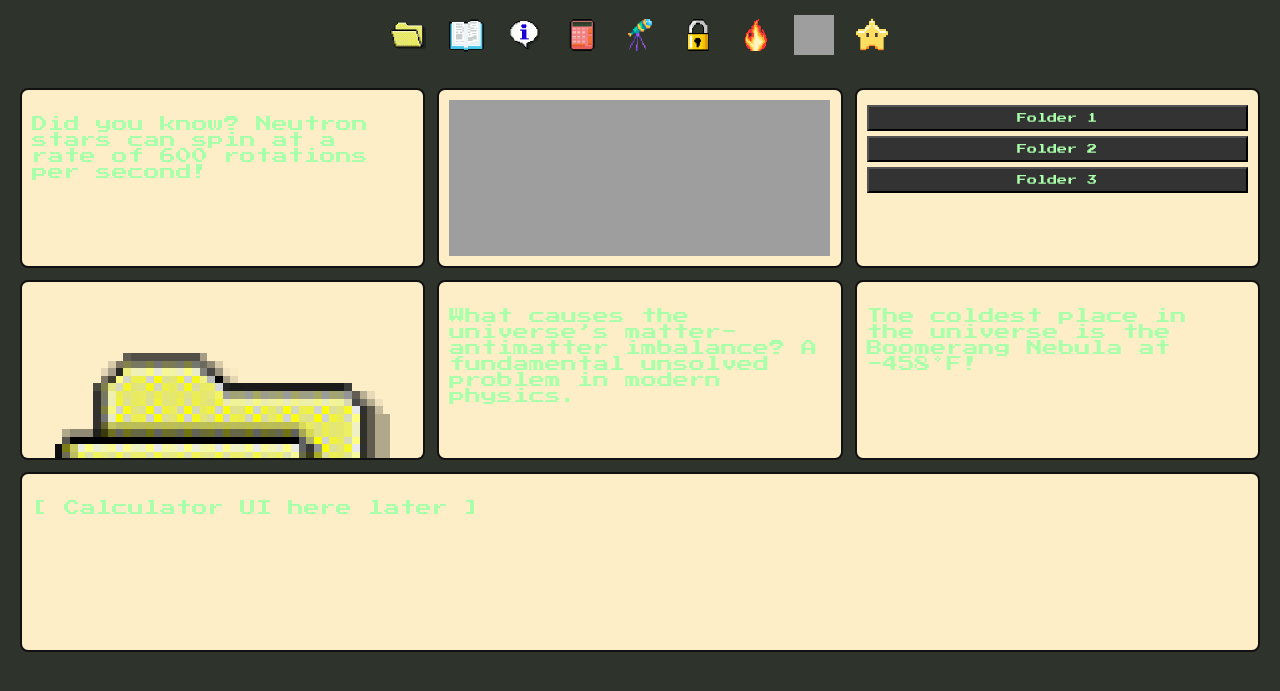
Repository: scarfer14/CCPHYS2L_Project
Page: /dashboard
An editor plug-in stored every save of this project. The page is shown before and after the next save, followed by the edit.
The browser window is 1280 px wide. The pictures show the whole page.
Pictures or frames that could not be fetched are drawn as grey boxes. The project was rebuilt for these pictures with package versions that can differ from the ones it lists, and the page was loaded fresh each time. Also part of the build but not shown: vite.config.js, src/astartsc/start.jsx.

Above is the page before, as saved 2025-05-28 21:09:12.

### index.html
<!doctype html>
<html lang="en">
  <head>
    <meta charset="UTF-8" />
    <link rel="icon" type="image/svg+xml" href="/gal.png" />
    <meta name="viewport" content="width=device-width, initial-scale=1.0" />
    <title>Physics Blast</title>
  </head>
  <body>
    <div id="root"></div>
    <script type="module" src="/src/main.jsx"></script>
  </body>
</html>

### src/index.css
:root {
  font-family: 'Press Start 2P', monospace;
  background-color: #2e342b;
  margin: 0;
  padding: 0;
  box-sizing: border-box;
}

body, html {
  margin: 0;
  padding: 0;
  width: 100%;
  height: 100%;
}

### src/App.jsx
import React from 'react';
import { BrowserRouter as Router, Routes, Route } from 'react-router-dom';

import Start from './astartsc/start';
import Dash from './bdashsc/dashnavbar';
import Dashbody from './bdashsc/dashbody';

function Unlock() {
  return (
    <div>
      <Start />
    </div>
  );
}

function Dashboard() {
  return (
    <div>
      <Dash />
      <Dashbody />
    </div>
  );
}

function App() {
  return (
    <Router>
      <Routes>
        <Route path="/" element={<Unlock />} />
        <Route path="/unlock" element={<Unlock />} />
        <Route path="/dashboard" element={<Dashboard />} />
      </Routes>
    </Router>
  );
}

export default App;

### src/bdashsc/dashnavbar.jsx
import React from 'react';
import { useNavigate } from 'react-router-dom';
import './dashnavbar.css';

const icons = [
  'folder', 'book', 'email', 'calc', 'cat',
  'lock', 'fire', 'info', 'star'
];

export default function DashNavbar() {
  return (
    <div className="dash-navbar">
      {icons.map((icon, index) => (
        <button key={index} className="icon-button" title={icon}>
          <img src={`/assets/icons/${icon}.png`} alt={icon} />
        </button>
      ))}
    </div>
  );
}

### src/bdashsc/dashbody.jsx
import React from 'react';
import './dashbody.css';

export default function DashBody() {
  return (
    <div className="dashboard-content">
      <div className="tab fun-fact">
        <p>Did you know? Neutron stars can spin at a rate of 600 rotations per second!</p>
      </div>

      <div className="tab multimedia">
        <iframe
          src="https://www.youtube.com/embed/z0gAo9wFErg"
          title="Physics Video"
          allowFullScreen
        ></iframe>
      </div>

      <div className="tab folders">
        <button>Folder 1</button>
        <button>Folder 2</button>
        <button>Folder 3</button>
      </div>

      <div className="tab image">
        <img src="/assets/icons/folder.png" alt="Sample" />
      </div>

      <div className="tab physics-problem">
        <p>
          What causes the universe’s matter-antimatter imbalance? A fundamental unsolved problem in modern physics.
        </p>
      </div>

      <div className="tab fun-fact-2">
        <p>The coldest place in the universe is the Boomerang Nebula at -458°F!</p>
      </div>

      <div className="tab calculator">
        <p>[ Calculator UI here later ]</p>
      </div>
    </div>
  );
}

### src/astartsc/start.css
/* Import pixel font */
@import url('https://fonts.googleapis.com/css2?family=Press+Start+2P&display=swap');

body {
  margin: 0;
  background: #2e342b;
  font-family: 'Press Start 2P', monospace;
}

/* Fullscreen CRT screen */
.screen {
  width: 100vw;
  height: 100vh;
  background-color: #2e342b;
  padding: 40px; /* simulates the border spacing */
  display: flex;
  flex-direction: column;
  align-items: center;
  justify-content: center;
  box-shadow:
    0 0 60px 20px rgba(0, 0, 0, 0.6),         /* outer soft black glow */
    inset 0 0 200px rgba(0, 0, 0, 0.9),       /* deep vignette */
    inset 0 0 80px rgba(0, 0, 0, 0.7);        /* soft black inner edge */
  position: relative;
  text-align: center;
  box-sizing: border-box;
  overflow: hidden;
  border-radius: 12px; /* Optional CRT curve */
}

/* Text styling */
.welcome {
  color: #99ff99;
  margin-bottom: 10px;
  font-size: 20px;
  margin-bottom: 25px;
}

.title {
  color: #99ff99;
  font-size: 80px;
  line-height: 1.2;
  margin-bottom: 20px;
}

/* Retro button */
.unlock-btn {
  font-size: 15px;
  background-color: transparent;
  color: #aaffaa;
  border: 1px solid #aaffaa;
  padding: 6px 12px;
  cursor: pointer;
  margin-top: 100px;
  animation: blink 1s infinite alternate;
  font-family: 'Press Start 2P', monospace;
}

.unlock-btn:hover {
  background-color: #333;
}

@keyframes blink {
  from { opacity: 5; }
  to { opacity: 0.4; }
}

### src/bdashsc/dashnavbar.css
.dash-navbar {
  background-color: #2e342b;
  padding: 6px 10px;
  display: flex;
  justify-content: center; /* Centers the icons horizontally */
  gap: 10px;
  align-items: center;
}

.icon-button {
  background: transparent;
  border: transparent;
  padding: 4px;
  cursor: pointer;
  transition: transform 0.1s ease-in-out;
}

.icon-button:hover {
  transform: scale(1.1);
  filter: brightness(1.3);
}

.icon-button img {
  margin-top: 5px;
  width: 40px;
  height: 40px;
  image-rendering: pixelated; /* keeps pixel art look */
}

### src/bdashsc/dashbody.css
.dashboard-content {
  display: flex;
  flex-wrap: wrap;
  justify-content: center;
  padding: 20px;
  gap: 12px;

}

.tab {
  background-color: #fdeec7;
  border: 2px solid #111;
  color: #aaffaa;
  font-family: 'Press Start 2P', monospace;
  padding: 10px;
  flex: 1 1 28%;
  min-width: 250px;
  height: 180px;
  overflow: auto;
  border-radius: 8px;
  box-sizing: border-box;
}

/* Tab-specific styles */
.multimedia iframe {
  width: 100%;
  height: 100%;
  border: none;
}

.folders button {
  display: block;
  margin: 5px 0;
  width: 100%;
  background: #333;
  border: 1px solid #a;
  color: #aaffaa;
  padding: 6px;
  font-size: 10px;
  cursor: pointer;
  font-family: 'Press Start 2P', monospace;
}

.image img {
  width: 100%;
  height: auto;
  image-rendering: pixelated;
}

Loaded but not shown: src/main.jsx (common file)

After the next save:
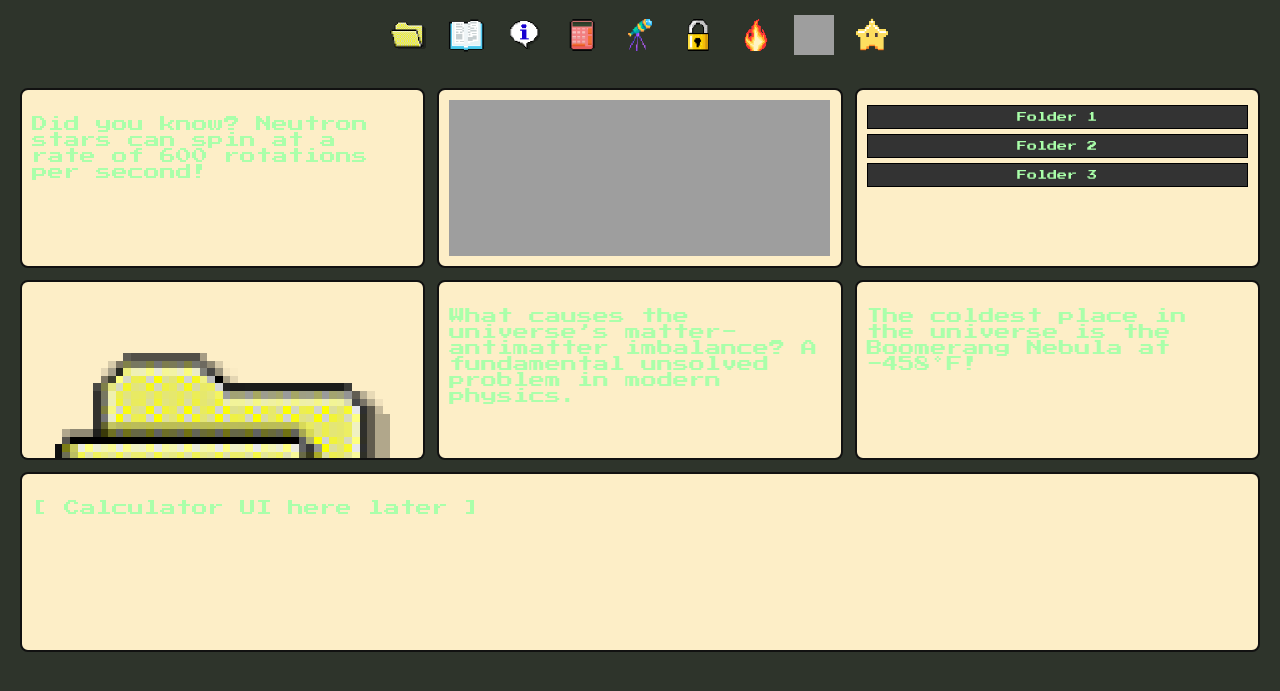
Saved 4 s later.
--- a/src/bdashsc/dashbody.css
+++ b/src/bdashsc/dashbody.css
@@ -33,7 +33,7 @@
   margin: 5px 0;
   width: 100%;
   background: #333;
-  border: 1px solid #a;
+  border: 1px solid #000000;
   color: #aaffaa;
   padding: 6px;
   font-size: 10px;
